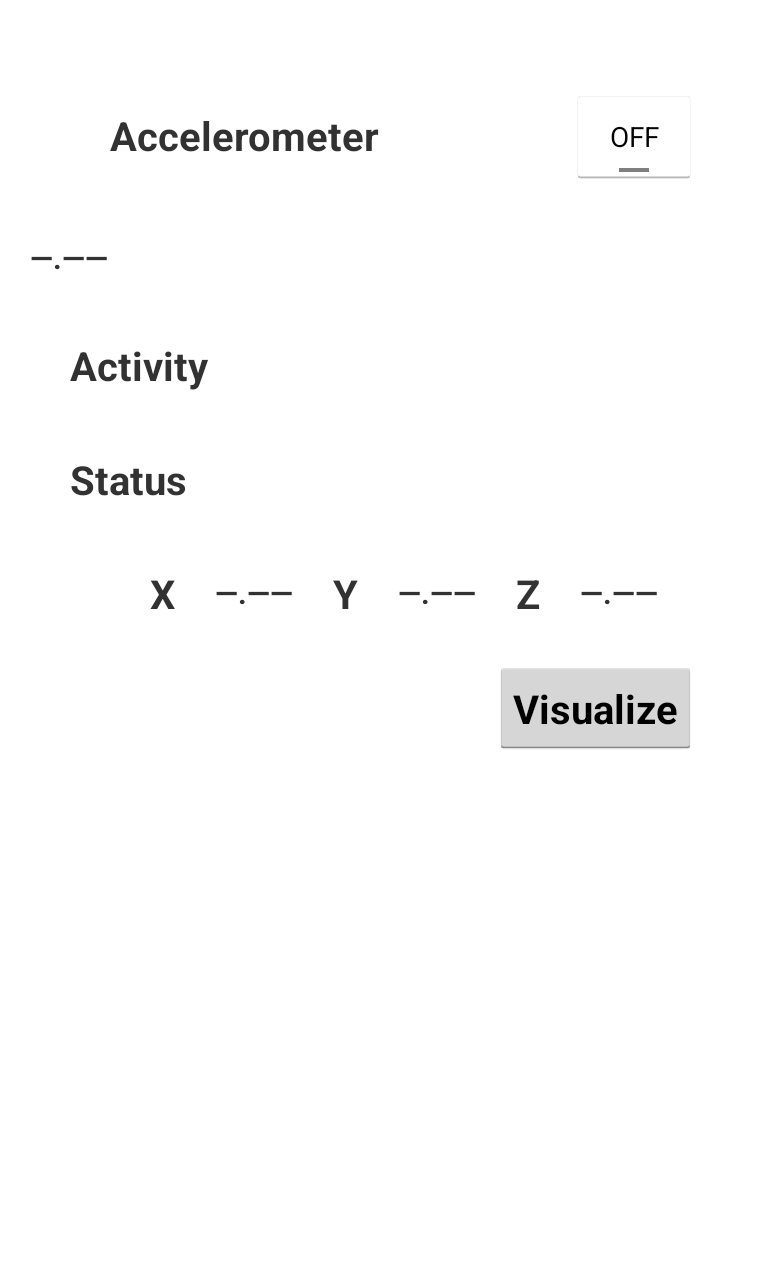
Repository: cs390mb/A1
Layout: MyActivities/res/layout/main.xml
The author's editor kept a copy of each file at every save. The layout is drawn from the files as they stood at one save, then again after a run of saves.
It is drawn on a 768 x 1280 px phone screen (xhdpi) without system bars, with theme android:Theme.Holo.Light; the app's code is not run.

Above is the layout before, as saved 2014-11-05 03:01:22.

### MyActivities/res/layout/main.xml
<?xml version="1.0" encoding="utf-8"?>
<RelativeLayout xmlns:android="http://schemas.android.com/apk/res/android"
    android:layout_width="match_parent"
    android:layout_height="wrap_content"
    android:background="#ffffff"
    android:focusableInTouchMode="true"
    android:orientation="vertical" >

    <TextView
        android:id="@+id/TopHorizontalSpaceView"
        android:layout_width="wrap_content"
        android:layout_height="wrap_content"
        android:layout_centerHorizontal="true"
        android:padding="10dip" />

    <RelativeLayout
        android:id="@+id/StartButtonLayout"
        android:layout_width="fill_parent"
        android:layout_height="wrap_content"
        android:layout_below="@id/TopHorizontalSpaceView"
        android:layout_centerHorizontal="true"
        android:background="#ffffff"
        android:orientation="horizontal"
        android:padding="5dip" >

        <TextView
            android:layout_width="wrap_content"
            android:layout_height="wrap_content"
            android:layout_alignParentLeft="true"
            android:layout_marginLeft="40dip"
            android:padding="10dip"
            android:text="@string/accel"
            android:textSize="20sp"
            android:textStyle="bold" />

        <ToggleButton
            android:id="@+id/StartButton"
            android:layout_width="wrap_content"
            android:layout_height="wrap_content"
            android:layout_alignParentRight="true"
            android:layout_marginRight="30dip" />
    </RelativeLayout>

    <RelativeLayout
        android:id="@+id/StepsLayout"
        android:layout_width="fill_parent"
        android:layout_height="wrap_content"
        android:layout_below="@id/StartButtonLayout"
        android:layout_centerHorizontal="true"
        android:background="#ffffff"
        android:orientation="horizontal"
        android:padding="5dip" >

        <TextView
            android:layout_width="wrap_content"
            android:layout_height="wrap_content"
            android:layout_alignParentLeft="true"
            android:layout_marginLeft="20dip"
            android:padding="10dip"
            android:text="@string/steps"
            android:textSize="20sp"
            android:textStyle="bold" />

        <TextView
            android:id="@+id/StepCountView"
            android:layout_width="wrap_content"
            android:layout_height="wrap_content"
            android:layout_alignParentRight="true"
            android:layout_centerVertical="true"
            android:padding="10dip"
            android:text=""
            android:textSize="15sp"
            android:textStyle="bold" />
    </RelativeLayout>

    <RelativeLayout
        android:id="@+id/ActivityLayout"
        android:layout_width="fill_parent"
        android:layout_height="wrap_content"
        android:layout_below="@id/StepsLayout"
        android:layout_centerHorizontal="true"
        android:background="#ffffff"
        android:orientation="horizontal"
        android:padding="5dip" >

        <TextView
            android:layout_width="wrap_content"
            android:layout_height="wrap_content"
            android:layout_alignParentLeft="true"
            android:layout_marginLeft="20dip"
            android:padding="10dip"
            android:text="@string/activity"
            android:textSize="20sp"
            android:textStyle="bold" />

        <TextView
            android:id="@+id/ActivityView"
            android:layout_width="wrap_content"
            android:layout_height="wrap_content"
            android:layout_alignParentRight="true"
            android:layout_centerVertical="true"
            android:padding="10dip"
            android:text=""
            android:textSize="15sp"
            android:textStyle="bold" />
    </RelativeLayout>

    <RelativeLayout
        android:id="@+id/StatusLayout"
        android:layout_width="fill_parent"
        android:layout_height="wrap_content"
        android:layout_below="@id/ActivityLayout"
        android:layout_centerHorizontal="true"
        android:background="#ffffff"
        android:orientation="horizontal"
        android:padding="5dip" >

        <TextView
            android:layout_width="wrap_content"
            android:layout_height="wrap_content"
            android:layout_alignParentLeft="true"
            android:layout_marginLeft="20dip"
            android:padding="10dip"
            android:text="@string/status"
            android:textSize="20sp"
            android:textStyle="bold" />

        <TextView
            android:id="@+id/StatusView"
            android:layout_width="wrap_content"
            android:layout_height="wrap_content"
            android:layout_alignParentRight="true"
            android:layout_centerVertical="true"
            android:padding="10dip"
            android:text=""
            android:textSize="15sp"
            android:textStyle="bold" />
    </RelativeLayout>

    <RelativeLayout
        android:id="@+id/AccelLayout"
        android:layout_width="wrap_content"
        android:layout_height="wrap_content"
        android:layout_below="@id/StatusLayout"
        android:layout_centerHorizontal="true"
        android:background="#ffffff"
        android:orientation="horizontal"
        android:padding="5dip" >

        <TextView
            android:id="@+id/XView"
            android:layout_width="wrap_content"
            android:layout_height="wrap_content"
            android:layout_alignParentLeft="true"
            android:layout_marginLeft="20dip"
            android:padding="10dip"
            android:text="@string/x"
            android:textSize="20sp"
            android:textStyle="bold" />

        <TextView
            android:id="@+id/AccelXView"
            android:layout_width="wrap_content"
            android:layout_height="wrap_content"
            android:layout_centerVertical="true"
            android:layout_toRightOf="@id/XView"
            android:padding="10dip"
            android:text="@string/nullvalue"
            android:textSize="15sp"
            android:textStyle="bold" />

        <TextView
            android:id="@+id/YView"
            android:layout_width="wrap_content"
            android:layout_height="wrap_content"
            android:layout_centerVertical="true"
            android:layout_toRightOf="@id/AccelXView"
            android:padding="10dip"
            android:text="@string/y"
            android:textSize="20sp"
            android:textStyle="bold" />

        <TextView
            android:id="@+id/AccelYView"
            android:layout_width="wrap_content"
            android:layout_height="wrap_content"
            android:layout_centerVertical="true"
            android:layout_toRightOf="@id/YView"
            android:padding="10dip"
            android:text="@string/nullvalue"
            android:textSize="15sp"
            android:textStyle="bold" />

        <TextView
            android:id="@+id/ZView"
            android:layout_width="wrap_content"
            android:layout_height="wrap_content"
            android:layout_centerVertical="true"
            android:layout_toRightOf="@id/AccelYView"
            android:padding="10dip"
            android:text="@string/z"
            android:textSize="20sp"
            android:textStyle="bold" />

        <TextView
            android:id="@+id/AccelZView"
            android:layout_width="wrap_content"
            android:layout_height="wrap_content"
            android:layout_centerVertical="true"
            android:layout_toRightOf="@id/ZView"
            android:padding="10dip"
            android:text="@string/nullvalue"
            android:textSize="15sp"
            android:textStyle="bold" />
    </RelativeLayout>

    <RelativeLayout
        android:id="@+id/VisualizeButtonLayout"
        android:layout_width="fill_parent"
        android:layout_height="wrap_content"
        android:layout_below="@id/AccelLayout"
        android:layout_centerHorizontal="true"
        android:orientation="horizontal"
        android:padding="5dip" >

        <Button
            android:id="@+id/VizualizeButton"
            android:layout_width="wrap_content"
            android:layout_height="wrap_content"
            android:layout_alignParentRight="true"
            android:layout_marginRight="30dip"
            android:padding="10dip"
            android:text="@string/visualize"
            android:textSize="20sp"
            android:textStyle="bold" />
    </RelativeLayout>

    <RelativeLayout
        android:id="@+id/action_pick"
        android:layout_width="wrap_content"
        android:layout_height="wrap_content"
        android:layout_alignParentRight="true"
        android:layout_marginRight="30dip"
        android:padding="10dip"
        android:text="@string/visualize"
        android:textSize="20sp"
        android:textStyle="bold" />

    <LinearLayout
        android:id="@+id/linearlayout"
        android:layout_width="fill_parent"
        android:layout_height="wrap_content"
        android:layout_above="@id/ActivityLayout"
        android:layout_centerHorizontal="true"
        android:background="#ffffff"
        android:orientation="horizontal"
        android:padding="5dip" >

        <TextView
            android:id="@+id/linear"
            android:layout_width="wrap_content"
            android:layout_height="wrap_content"
            android:layout_centerVertical="true"
            android:padding="10dip"
            android:text="@string/nullvalue"
            android:textSize="15sp"
            android:textStyle="bold" />
    </LinearLayout>

</RelativeLayout>

### MyActivities/res/values/strings.xml
<?xml version="1.0" encoding="utf-8"?>
<resources>
    <string name="app_name">My Activities</string>
    <!-- Strings shown in UI  -->
    <string name="status">Status</string>
    <string name="accel">Accelerometer</string>
    <string name="steps">Steps</string>
    <string name="nullvalue">&#8212;.&#8212;&#8212;</string>
    <string name="x">X</string>
    <string name="y">Y</string>
    <string name="z">Z</string>
    <string name="activity">Activity</string>
    <string name="visualize">Visualize</string>
    <string name="action_pick">Pick action</string>
</resources>

After the next 4 saves:
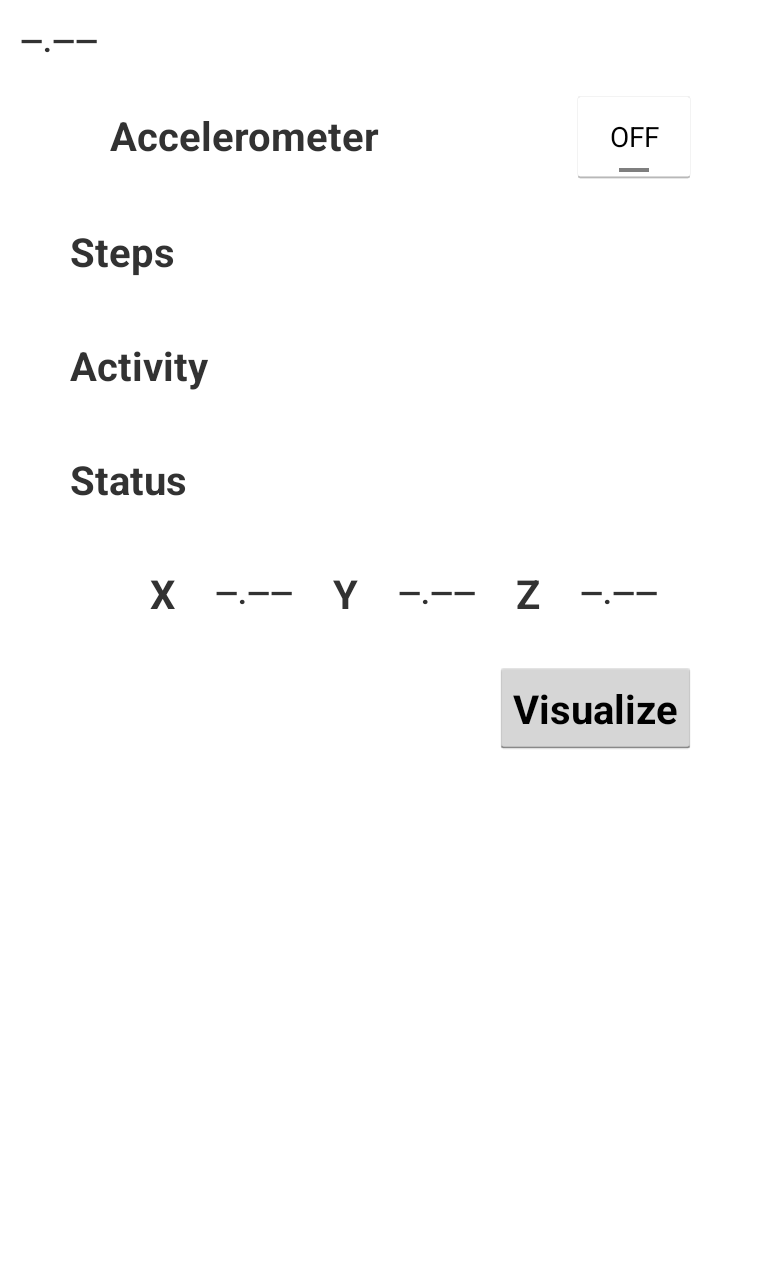
The 4 saves are shown as one change because 2 did not build or start and some came seconds apart.
The last was saved 42 s later.
--- a/MyActivities/res/layout/main.xml
+++ b/MyActivities/res/layout/main.xml
@@ -247,14 +247,11 @@
         android:textStyle="bold" />
 
     <LinearLayout
-        android:id="@+id/linearlayout"
-        android:layout_width="fill_parent"
-        android:layout_height="wrap_content"
-        android:layout_above="@id/ActivityLayout"
-        android:layout_centerHorizontal="true"
-        android:background="#ffffff"
-        android:orientation="horizontal"
-        android:padding="5dip" >
+        android:id="@+id/layout"
+        android:layout_width="match_parent"
+        android:layout_height="match_parent"
+        android:orientation="vertical"
+        android:context=".MainActivity" >
 
         <TextView
             android:id="@+id/linear"

After the save that followed:
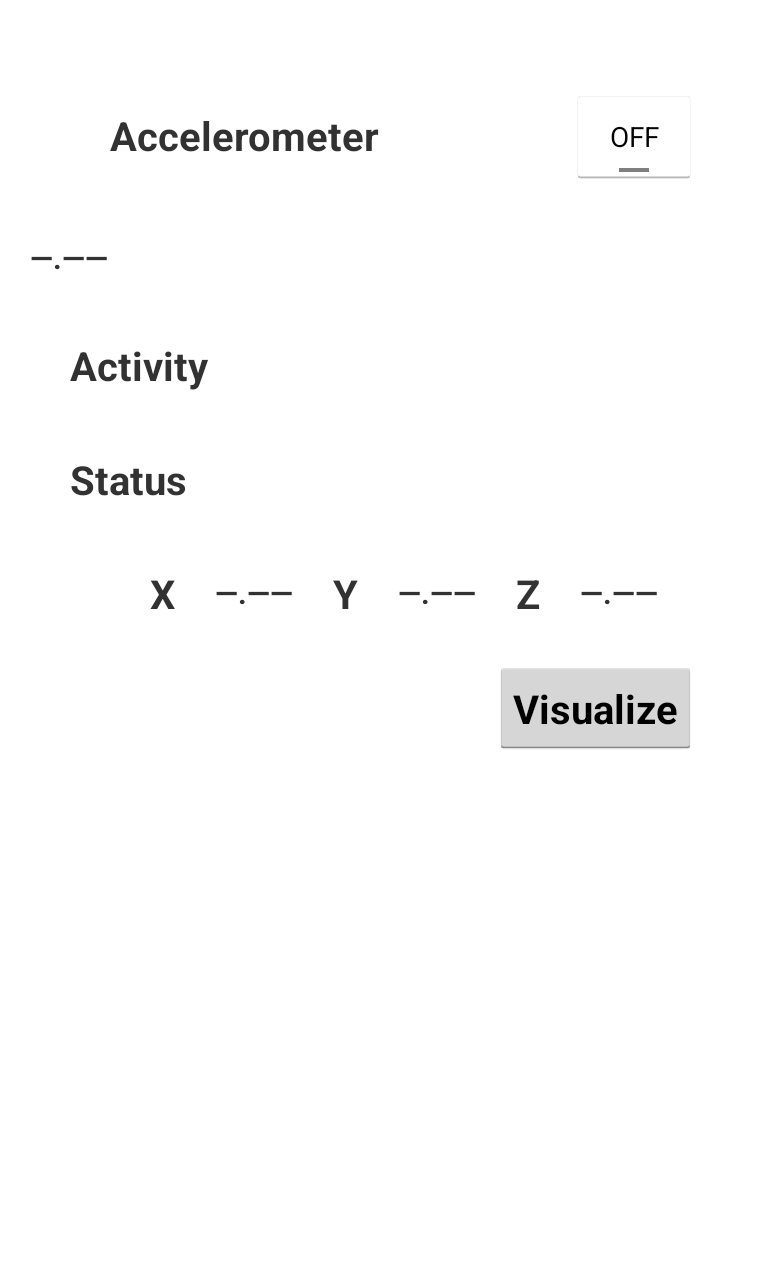
Saved 7 s later.
--- a/MyActivities/res/layout/main.xml
+++ b/MyActivities/res/layout/main.xml
@@ -247,11 +247,14 @@
         android:textStyle="bold" />
 
     <LinearLayout
-        android:id="@+id/layout"
-        android:layout_width="match_parent"
-        android:layout_height="match_parent"
-        android:orientation="vertical"
-        android:context=".MainActivity" >
+        android:id="@+id/linearlayout"
+        android:layout_width="fill_parent"
+        android:layout_height="wrap_content"
+        android:layout_above="@id/ActivityLayout"
+        android:layout_centerHorizontal="true"
+        android:background="#ffffff"
+        android:orientation="horizontal"
+        android:padding="5dip" >
 
         <TextView
             android:id="@+id/linear"
